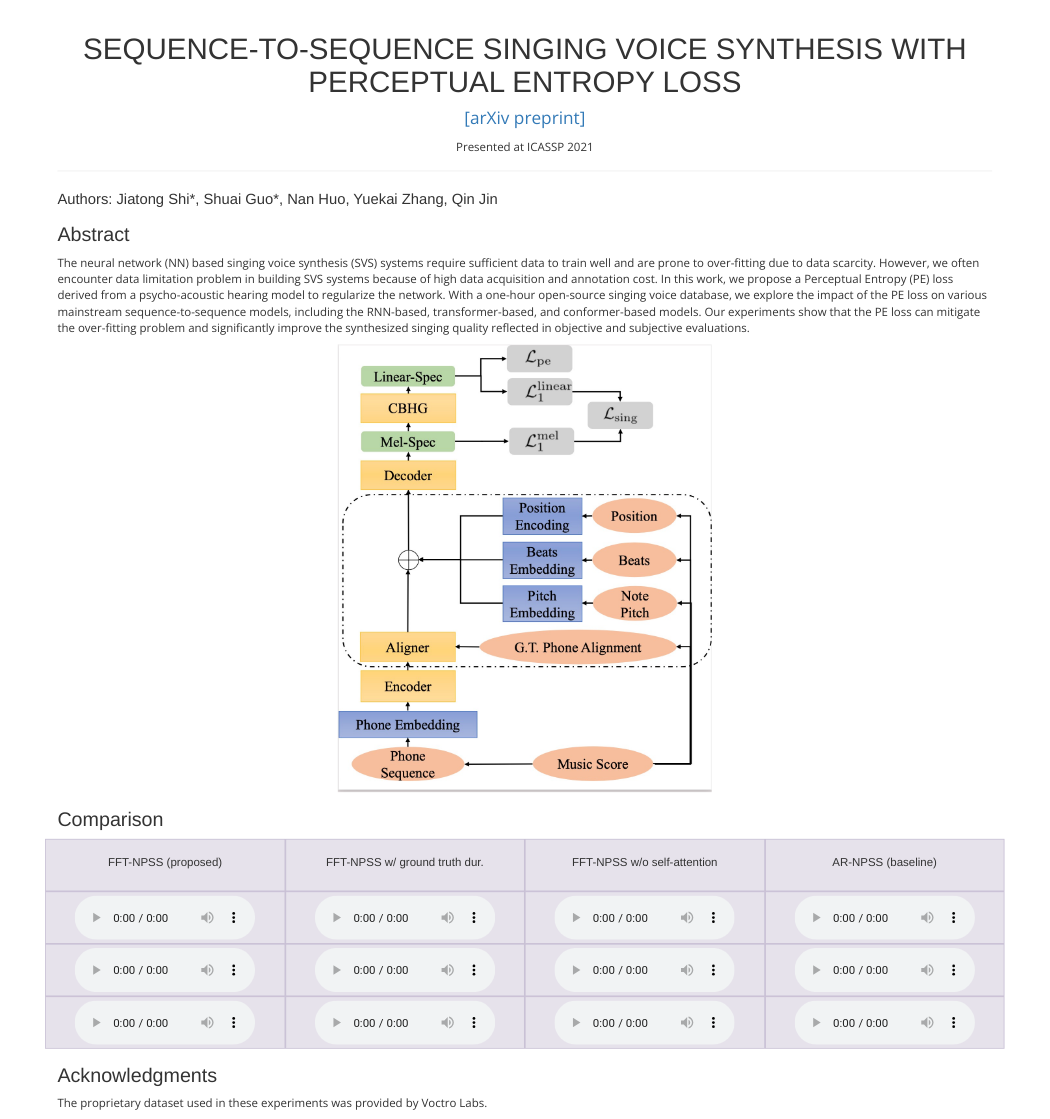
Repository: PeterGuoRuc/SVS_pe.github.io
Page: index.html
The author's editor kept a copy of each file at every save. The page is drawn from the files as they stood at one save, then again after the next save.
The browser window is 1280 px wide. The pictures show the whole page, at 82% of full size.

Above is the page before, as saved 2021-06-06 16:50:56.

### index.html
<!DOCTYPE html>
<html lang="en">
  <head>
    <meta charset="utf-8">
    <meta http-equiv="X-UA-Compatible" content="IE=edge">
    <meta name="viewport" content="width=device-width, initial-scale=1">
    <meta name="description" content="">
    <meta name="author" content="">
    <link rel="shortcut icon" type="image/x-icon" href="../favicon.ico">

    <title>SEQUENCE-TO-SEQUENCE SINGING VOICE SYNTHESIS WITH PERCEPTUAL ENTROPY LOSS</title>

    <!-- Fonts -->
    <link href="https://fonts.googleapis.com/css?family=Abril+Fatface|Open+Sans" rel="stylesheet">

    <!-- Bootstrap core CSS -->
    <!--<link href="bootstrap/dist/css/bootstrap.min.css" rel="stylesheet">-->
    <link href="https://maxcdn.bootstrapcdn.com/bootstrap/3.3.7/css/bootstrap.min.css" rel="stylesheet">

    <!-- IE10 viewport hack for Surface/desktop Windows 8 bug -->
    <!--<link href="bootstrap/assets/css/ie10-viewport-bug-workaround.css" rel="stylesheet">-->
    <link href="https://maxcdn.bootstrapcdn.com/css/ie10-viewport-bug-workaround.css" rel="stylesheet">

    <!-- Custom styles for this template -->
    <link href="poster.css" rel="stylesheet">

    <!-- Just for debugging purposes. Don't actually copy these 2 lines! -->
    <!--[if lt IE 9]><script src="bootstrap/assets/js/ie8-responsive-file-warning.js"></script><![endif]-->
    <!--<script src="bootstrap/assets/js/ie-emulation-modes-warning.js"></script>-->

    <!-- HTML5 shim and Respond.js for IE8 support of HTML5 elements and media queries -->
    <!--[if lt IE 9]>
      <script src="https://oss.maxcdn.com/html5shiv/3.7.3/html5shiv.min.js"></script>
      <script src="https://oss.maxcdn.com/respond/1.4.2/respond.min.js"></script>
    <![endif]-->
  </head>

  <body>
    <div class="container">

      <div class="page-header">
        <h1>
          SEQUENCE-TO-SEQUENCE SINGING VOICE SYNTHESIS WITH PERCEPTUAL ENTROPY LOSS
        </h1>
        <p class="lead">
          <a class="lead_link" href="https://arxiv.org/abs/2010.12024">[arXiv preprint]</a>
        </p>
        <p class="centered">Presented at ICASSP 2021</p>
      </div>

      <h4>
        Authors: Jiatong Shi*, Shuai Guo*, Nan Huo, Yuekai Zhang, Qin Jin
      </h4>

      <h3>Abstract</h3>
      <p>The neural network (NN) based singing voice synthesis (SVS) systems require sufficient data to train well and are prone to over-fitting due to data scarcity.
        However, we often encounter data limitation problem in building SVS systems because of high data acquisition and annotation cost.
        In this work, we propose a Perceptual Entropy (PE) loss derived from a psycho-acoustic hearing model to regularize the network.
        With a one-hour open-source singing voice database, we explore the impact of the PE loss on various mainstream sequence-to-sequence models, including the RNN-based, transformer-based, and conformer-based models.
        Our experiments show that the PE loss can mitigate the over-fitting problem and significantly improve the synthesized singing quality reflected in objective and subjective evaluations.
      </p>

      <center><img src="files/svs_model.jpg"/ height="40%" width="40%"></center>

      <h3>Comparison</h3>
      <div class="row">
        <div class="col-md-3">FFT-NPSS (proposed)</div>
        <div class="col-md-3">FFT-NPSS w/ ground truth dur.</div>
        <div class="col-md-3">FFT-NPSS w/o self-attention</div>
        <div class="col-md-3">AR-NPSS (baseline)</div>
      </div>
      <div class="row">
        <div class="col-md-3"><audio src="files/1_Feel_4.mp3" controls></audio></div>
        <div class="col-md-3"><audio src="files/2_Feel_4.mp3" controls></audio></div>
        <div class="col-md-3"><audio src="files/3_Feel_4.mp3" controls></audio></div>
        <div class="col-md-3"><audio src="files/4_Feel_4.mp3" controls></audio></div>
      </div>
      <div class="row">
        <div class="col-md-3"><audio src="files/1_Feel_19.mp3" controls></audio></div>
        <div class="col-md-3"><audio src="files/2_Feel_19.mp3" controls></audio></div>
        <div class="col-md-3"><audio src="files/3_Feel_19.mp3" controls></audio></div>
        <div class="col-md-3"><audio src="files/4_Feel_19.mp3" controls></audio></div>
      </div>
      <div class="row">
        <div class="col-md-3"><audio src="files/1_Rio_8.mp3" controls></audio></div>
        <div class="col-md-3"><audio src="files/2_Rio_8.mp3" controls></audio></div>
        <div class="col-md-3"><audio src="files/3_Rio_8.mp3" controls></audio></div>
        <div class="col-md-3"><audio src="files/4_Rio_8.mp3" controls></audio></div>
      </div>

      <h3>Acknowledgments</h3>
      <p>The proprietary dataset used in these experiments was provided by Voctro Labs.</p>


    </div> <!-- /container -->


    <!-- IE10 viewport hack for Surface/desktop Windows 8 bug -->
    <!--<script src="bootstrap/assets/js/ie10-viewport-bug-workaround.js"></script>-->
    <script src="https://maxcdn.bootstrapcdn.com/js/ie10-viewport-bug-workaround.js"></script>
  </body>
</html>

### poster.css

p {
  font-family: 'Open Sans', sans-serif;
  margin: 10px 0 10px;
}

.lead_link {
  margin: 0 5px 0 5px;
}

.lead {
  text-align: center;
  margin-bottom: 0;
}

.centered {
  text-align: center;
}

.image_title {
  text-align: center;
}

img.figure {
  display: block;
  margin-left: auto;
  margin-right: auto;
  max-width: 100%;
}

h1 {
  /* font-family: 'Abril Fatface', cursive; */
  text-align: center;
}

h4 {
  margin-top: 25px;
}
.row {
  margin-bottom: 0px;
  position: relative;
}

/* vertically center audio players */
.row audio {
    position: absolute;
    top: 0;
    left: 0;
    bottom: 0;
    right: 0;
    margin: auto;
    display: block;
    width: 220px;
}

[class*="col-"] {
  padding-top: 17px;
  padding-bottom: 17px;
  background-color: #eee;
  background-color: rgba(86,61,124,.15);
  border: 1px solid #ddd;
  border: 1px solid rgba(86,61,124,.2);
  height: 64px;
  text-align: center;
}

hr {
  margin-top: 40px;
  margin-bottom: 40px;
}

After the next save:
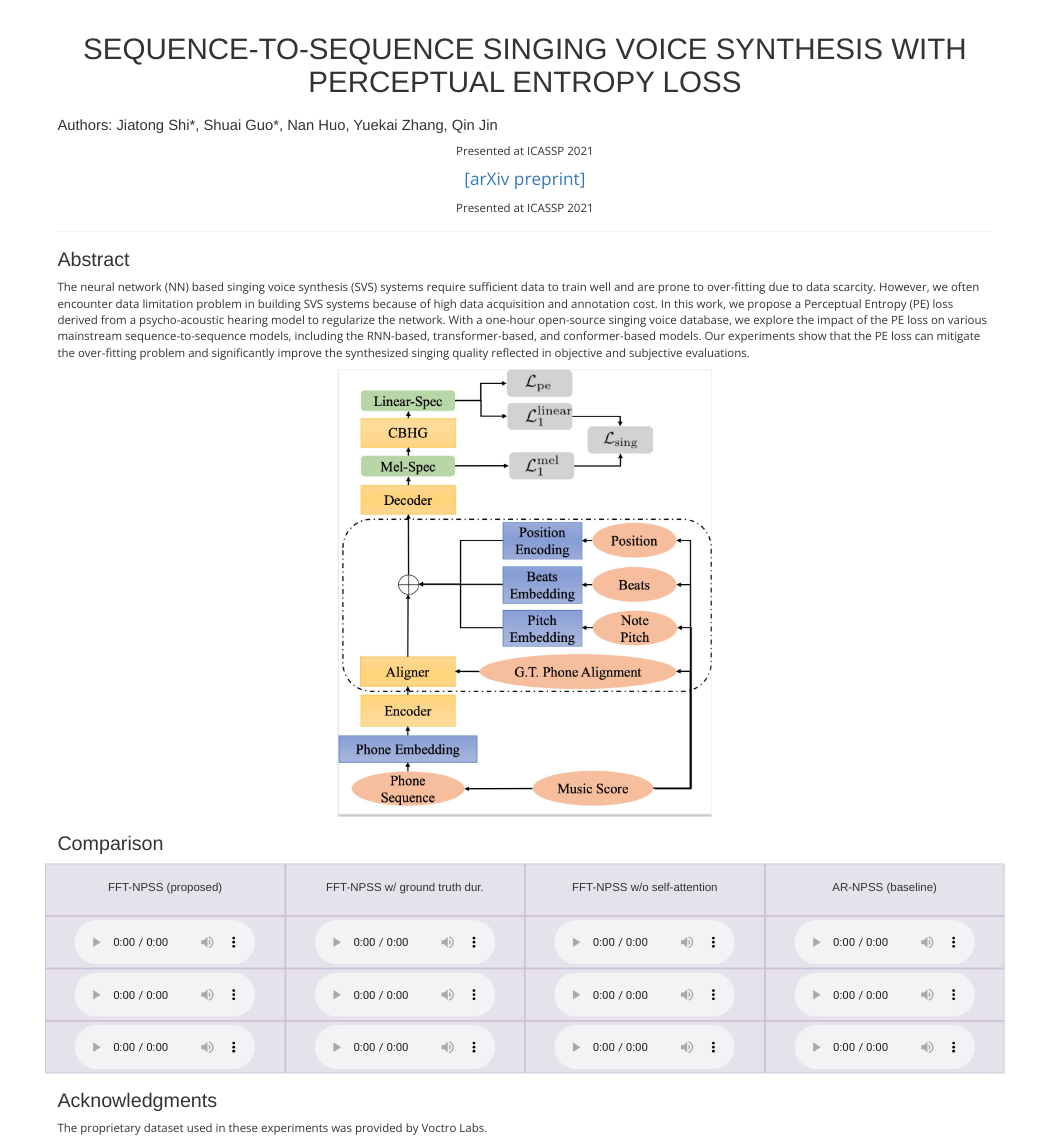
Saved 30 s later.
--- a/index.html
+++ b/index.html
@@ -42,15 +42,15 @@
         <h1>
           SEQUENCE-TO-SEQUENCE SINGING VOICE SYNTHESIS WITH PERCEPTUAL ENTROPY LOSS
         </h1>
+        <h4>
+          Authors: Jiatong Shi*, Shuai Guo*, Nan Huo, Yuekai Zhang, Qin Jin
+        </h4>
+        <p class="centered">Presented at ICASSP 2021</p>
         <p class="lead">
           <a class="lead_link" href="https://arxiv.org/abs/2010.12024">[arXiv preprint]</a>
         </p>
         <p class="centered">Presented at ICASSP 2021</p>
       </div>
-
-      <h4>
-        Authors: Jiatong Shi*, Shuai Guo*, Nan Huo, Yuekai Zhang, Qin Jin
-      </h4>
 
       <h3>Abstract</h3>
       <p>The neural network (NN) based singing voice synthesis (SVS) systems require sufficient data to train well and are prone to over-fitting due to data scarcity.
